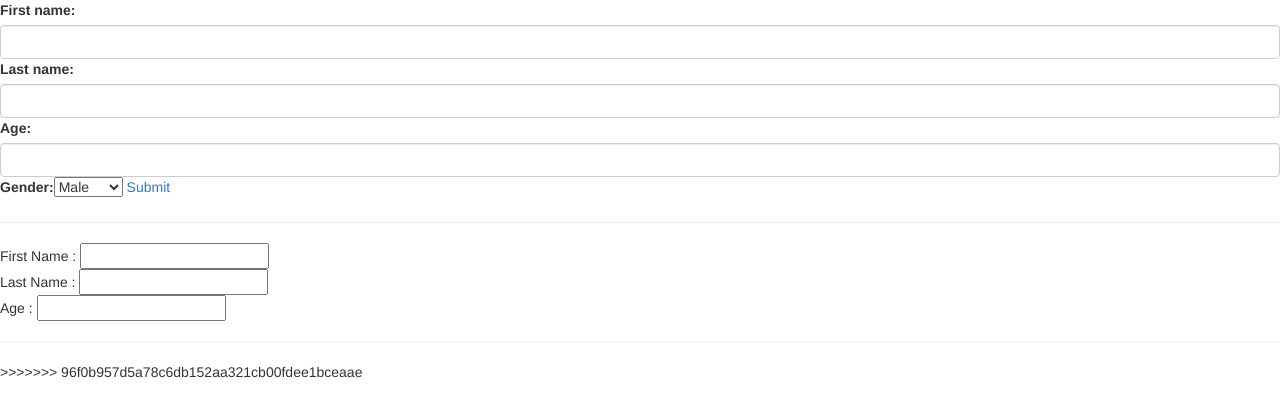
Repository: pparaska/Important
Page: http://localhost/website/WEB-INF/jsp/PassengerDetails.jsp
These files come from the project's save history. The page is drawn as it stood at one moment and after the next save; the edit follows.
The browser window is 1280 px wide. The pictures show the whole page.
The page is served by Tomcat 9. Nobody is signed in. Other server files are loaded and not shown. The template is opened directly, without the code that normally fills it, so the values that code supplies are empty.

Above is the page before, as saved 2019-02-15 09:09:37.
Console error: SyntaxError: Unexpected token ','

### Tripweb/website/src/main/webapp/WEB-INF/jsp/PassengerDetails.jsp
<%@ page language="java" contentType="text/html; charset=ISO-8859-1"
	pageEncoding="ISO-8859-1"%>
<!DOCTYPE html>
<html lang="en">
<head>
<title>Bootstrap Example</title>
<meta charset="utf-8">
<meta name="viewport" content="width=device-width, initial-scale=1">
<link rel="stylesheet"
	href="https://maxcdn.bootstrapcdn.com/bootstrap/3.4.0/css/bootstrap.min.css">
<script
	src="https://ajax.googleapis.com/ajax/libs/jquery/3.3.1/jquery.min.js"></script>
<script
	src="https://maxcdn.bootstrapcdn.com/bootstrap/3.4.0/js/bootstrap.min.js"></script>
</head>
<body>
	<form action="passengerDetails">
		<div id="passengers">

			<!--  First Name : <input type="text"  id=""/> <br />
      Last Name : <input type="text" id=""  /><br />
      Age : <input type="text" id=""  />  -->
			<tr>
				<td><label for="fName">First name:</label> <input type="text"
					class="form-control" id="fName"></td>
				<td><label for="lName">Last name:</label> <input type="text"
					class="form-control" id="lName"></td>
			</tr>
			<tr>
				<td><label for="age">Age: </label> <input type="number"
					class="form-control" id="age"></td>
				<td><label for="Gender">Gender:</label><select name="Gender"><option
							value="Male">Male</option>
						<option value="Female">Female</option>
						<option value="Other">Other</option></select> <!-- <button type="submit" <a href="bookingInformation"
				class="btn btn-primary">Submit</button> --></td>
			</tr>
			<a href="bookingInformation">Submit</a>
			<hr>
		</div>
	</form>
  <form>
    <div id="passengers">

      First Name : <input type="text"  id=""/> <br />
      Last Name : <input type="text" id=""  /><br />
      Age : 	  <input type="text" id=""  />
    <hr>
    </div>
  </form>
>>>>>>> 96f0b957d5a78c6db152aa321cb00fdee1bceaae


	<script type="text/javascript">
    var participantsField = document.getElementById("passengers"),
        form = document.getElementsByTagName("form")[0],
        ContestantNum =  ${numberOf},i;
    for(i=1; i<ContestantNum; i++){
      var clone = participantsField.cloneNode(true);
      form.appendChild(clone);
    }
  </script>
</body>
</html>

After the next save:
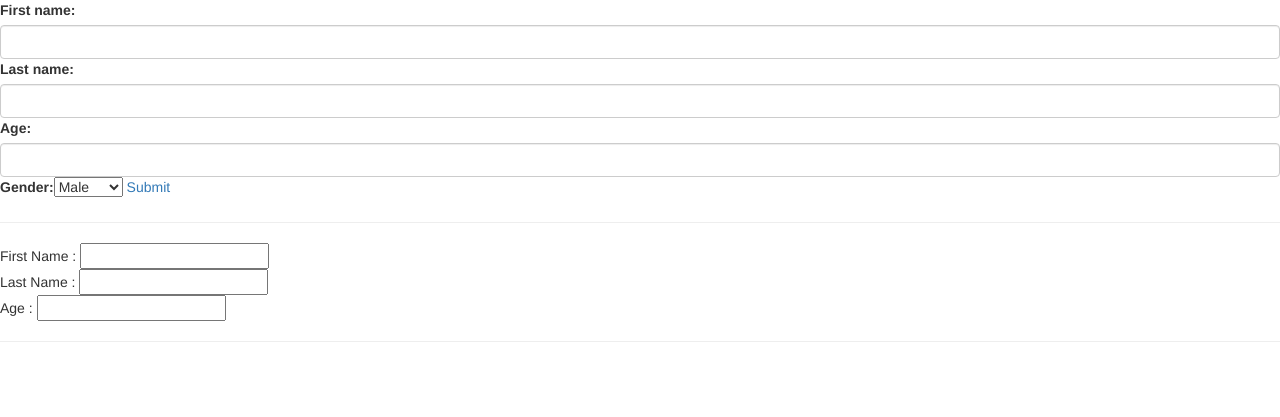
Saved 25 s later.
--- a/Tripweb/website/src/main/webapp/WEB-INF/jsp/PassengerDetails.jsp
+++ b/Tripweb/website/src/main/webapp/WEB-INF/jsp/PassengerDetails.jsp
@@ -48,7 +48,6 @@
     <hr>
     </div>
   </form>
->>>>>>> 96f0b957d5a78c6db152aa321cb00fdee1bceaae
 
 
 	<script type="text/javascript">
